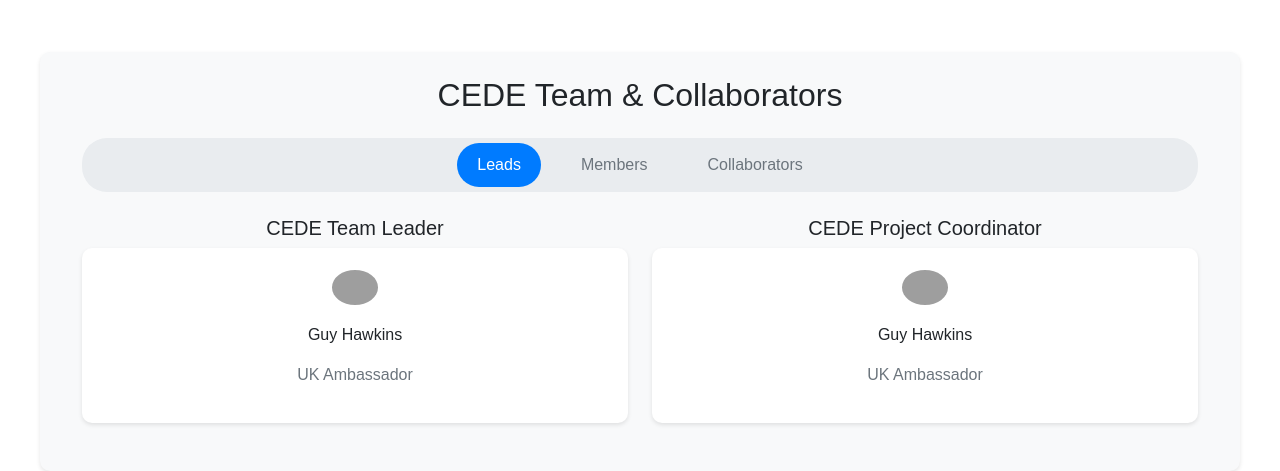
Repository: devashrisamani/CEDE-Website
Page: website/index.html
These files come from the project's save history. The page is drawn as it stood at one moment and after the next save; the edit follows.
The browser window is 1280 px wide. The pictures show the part of the page from y = 2597 to 3068 px (the page is 3068 px tall).
Pictures or frames that could not be fetched are drawn as grey boxes. A picture or video elsewhere on the page could not be fetched, so the positions and the page height are approximate.

Above is the page before, as saved 2024-06-19 16:51:39.
Console error: TypeError: Cannot read properties of null (reading 'addEventListener')

### website/index.html
<!DOCTYPE html>
<html lang="en">
  <head>
    <meta charset="UTF-8" />
    <meta name="viewport" content="width=device-width, initial-scale=1.0" />
    <title>Welcome to CEDE</title>
    <link
      href="https://cdn.jsdelivr.net/npm/bootstrap@5.1.3/dist/css/bootstrap.min.css"
      rel="stylesheet"
    />
    <link rel="stylesheet" href="styles.css" />
  </head>
  <body>
    <nav class="navbar navbar-expand-lg navbar-light bg-white">
      <div class="container-fluid">
        <a class="navbar-brand" href="#">CEDE</a>
        <button
          class="navbar-toggler"
          type="button"
          data-bs-toggle="collapse"
          data-bs-target="#navbarNavAltMarkup"
          aria-controls="navbarNavAltMarkup"
          aria-expanded="false"
          aria-label="Toggle navigation"
        >
          <span class="navbar-toggler-icon"></span>
        </button>
        <div
          class="collapse navbar-collapse justify-content-end"
          id="navbarNavAltMarkup"
        >
          <div class="navbar-nav">
            <a class="nav-link active" href="#">Home</a>
            <a class="nav-link" href="#">Matrix Selection</a>
            <a class="nav-link" href="#">FAQs</a>
            <a class="nav-link" href="#">Glossary</a>
          </div>
        </div>
      </div>
    </nav>

    <div class="welcome-section text-center mt-5 px-5">
      <header class="mb-5">
        <h5 class="text-uppercase">
          Consensus for Experimental Design in Electromyography
        </h5>
        <h1>Welcome to CEDE</h1>
        <p>
          The Consensus for Experimental Design in Electromyography (CEDE)
          project is an international initiative, which aims to guide
          decision-making in recording, analysis, and interpretation of EMG
          across all applications including surface and invasive/intra-muscular
          methods and extends to guidance for specific applications.
        </p>
      </header>
      <img
        src="your-image-placeholder.jpg"
        class="img-fluid"
        alt="Placeholder Image"
      />
    </div>

    <div class="why-cede-exists-container mt-5 p-4">
      <div class="container">
        <h3 class="text-center mb-4">Why CEDE Exists</h3>
        <div class="row align-items-center">
          <div class="col-md-6">
            <p>
              The major output of the project is the development of a series of
              matrices to provide guidance for planning and interpretation of
              EMG methods using a Delphi consensus process. Each matrix provides
              recommendations with detailed justification so the user
              (researcher performing the research, reviewer, user of the
              research data, etc.) is fully informed. An interactive tool per
              matrix helps the user arrive at the most appropriate method for
              their experimental context.
            </p>
          </div>
          <div class="col-md-6 text-center">
            <img src="matrix.jpg" class="img-fluid" alt="Matrix" />
          </div>
        </div>
        <div class="text-center mt-4">
          <a href="#" class="btn btn-primary">Access the Editorial Paper</a>
        </div>
      </div>
    </div>

    <div class="matrix-section-container mt-5 p-4">
      <div class="container">
        <h3 class="text-center mb-4">
          Select a Published Matrix to Learn More
        </h3>
        <div class="row text-center">
          <!-- Amplitude Normalization -->
          <div class="col-md-4 mb-4">
            <div class="card">
              <img
                src="amplitude.jpg"
                class="card-img-top"
                alt="Amplitude Normalization"
              />
              <div class="card-body">
                <h5 class="card-title">Amplitude Normalization</h5>
                <p class="card-text">
                  Includes a description of general considerations for
                  normalization, design features that should be reported,
                  definitions of each method, the pros and cons of each method,
                  and 10 experiment...
                </p>
              </div>
            </div>
          </div>

          <!-- Electrode Selection -->
          <div class="col-md-4 mb-4">
            <div class="card">
              <img
                src="electrode.jpg"
                class="card-img-top"
                alt="Electrode Selection"
              />
              <div class="card-body">
                <h5 class="card-title">Electrode Selection</h5>
                <p class="card-text">
                  Includes a description of general design features and
                  considerations for each type of electrode; pros and cons of
                  each method; and four clusters of recommendations based on
                  common...
                </p>
              </div>
            </div>
          </div>

          <!-- Terminology -->
          <div class="col-md-4 mb-4">
            <div class="card">
              <img
                src="terminology.jpg"
                class="card-img-top"
                alt="Terminology"
              />
              <div class="card-body">
                <h5 class="card-title">Terminology</h5>
                <p class="card-text">
                  Includes the definitions for physiological and technical terms
                  that are common in EMG research, with key information on each
                  definition provided in a comment section, and an extensive
                  Appendix...
                </p>
              </div>
            </div>
          </div>

          <!-- HDsEMG -->
          <div class="col-md-6 mb-4">
            <div class="card">
              <img src="hdsemg.jpg" class="card-img-top" alt="HDsEMG" />
              <div class="card-body">
                <h5 class="card-title">High-density surface electromyograph</h5>
                <p class="card-text">
                  Presents consensus statements regarding the use of HDsEMG. The
                  matrix is organized according to three main applications of
                  the technique (regional activation, muscle fiber properties,
                  and single motor unit activity), for each we included general
                  considerations and definitions, recommendations on electrode
                  montage, typ...
                </p>
              </div>
            </div>
          </div>

          <!-- SMU -->
          <div class="col-md-6 mb-4">
            <div class="card">
              <img src="smu.jpg" class="card-img-top" alt="SMU" />
              <div class="card-body">
                <h5 class="card-title">Single Motor Unit</h5>
                <p class="card-text">
                  Presents consensus statements regarding the recording and
                  analysis of SMU activity with both invasive and non-invasive
                  methods. The matrix is organized in 4 tables – the first table
                  provides considerations for electrode type, summarizing their
                  advantages and disadvantages when used during different
                  test...
                </p>
              </div>
            </div>
          </div>
        </div>
      </div>
    </div>

    <div class="team-section-container mt-5 p-4">
      <div class="container">
        <h3 class="text-center mb-4">CEDE Team & Collaborators</h3>
        <div class="toggle-buttons text-center mb-4">
          <button class="btn btn-toggle active" onclick="showSection('leads')">
            Leads
          </button>
          <button class="btn btn-toggle" onclick="showSection('members')">
            Members
          </button>
          <button class="btn btn-toggle" onclick="showSection('collaborators')">
            Collaborators
          </button>
        </div>
        <div id="leads" class="team-section">
          <div class="row text-center">
            <div class="col-md-6 mb-4">
              <h5 class="font-weight-bold">CEDE Team Leader</h5>
              <div class="card">
                <div class="card-body">
                  <img
                    src="team_leader.jpg"
                    class="rounded-circle mb-3"
                    alt="Team Leader"
                    width="50"
                  />
                  <p class="font-weight-bold">Guy Hawkins</p>
                  <p class="text-muted">UK Ambassador</p>
                </div>
              </div>
            </div>
            <div class="col-md-6 mb-4">
              <h5 class="font-weight-bold">CEDE Project Coordinator</h5>
              <div class="card">
                <div class="card-body">
                  <img
                    src="project_coordinator.jpg"
                    class="rounded-circle mb-3"
                    alt="Project Coordinator"
                    width="50"
                  />
                  <p class="font-weight-bold">Guy Hawkins</p>
                  <p class="text-muted">UK Ambassador</p>
                </div>
              </div>
            </div>
          </div>
        </div>
        <div id="members" class="team-section d-none">
          <div class="row text-center">
            <div class="col-md-6 mb-4">
              <h5 class="font-weight-bold">CEDE Member</h5>
              <div class="card">
                <div class="card-body">
                  <img
                    src="member.jpg"
                    class="rounded-circle mb-3"
                    alt="Member"
                    width="50"
                  />
                  <p class="font-weight-bold">Alice Johnson</p>
                  <p class="text-muted">Research Specialist</p>
                </div>
              </div>
            </div>
            <div class="col-md-6 mb-4">
              <h5 class="font-weight-bold">CEDE Member</h5>
              <div class="card">
                <div class="card-body">
                  <img
                    src="member.jpg"
                    class="rounded-circle mb-3"
                    alt="Member"
                    width="50"
                  />
                  <p class="font-weight-bold">Bob Smith</p>
                  <p class="text-muted">Lab Technician</p>
                </div>
              </div>
            </div>
          </div>
        </div>
        <div id="collaborators" class="team-section d-none">
          <div class="row text-center">
            <div class="col-md-6 mb-4">
              <h5 class="font-weight-bold">CEDE Collaborator</h5>
              <div class="card">
                <div class="card-body">
                  <img
                    src="collaborator.jpg"
                    class="rounded-circle mb-3"
                    alt="Collaborator"
                    width="50"
                  />
                  <p class="font-weight-bold">Jane Doe</p>
                  <p class="text-muted">Industry Expert</p>
                </div>
              </div>
            </div>
            <div class="col-md-6 mb-4">
              <h5 class="font-weight-bold">CEDE Collaborator</h5>
              <div class="card">
                <div class="card-body">
                  <img
                    src="collaborator.jpg"
                    class="rounded-circle mb-3"
                    alt="Collaborator"
                    width="50"
                  />
                  <p class="font-weight-bold">John Lee</p>
                  <p class="text-muted">Field Specialist</p>
                </div>
              </div>
            </div>
          </div>
        </div>
      </div>
    </div>

    <script src="script.js"></script>
    <script src="https://cdn.jsdelivr.net/npm/bootstrap@5.1.3/dist/js/bootstrap.bundle.min.js"></script>
  </body>
</html>

### website/styles.css
body {
  font-family: Arial, sans-serif;
  margin: 0;
  padding: 0;
  background-color: #ffffff;
}

header {
  padding: 20px;
  text-align: center;
}

.navbar {
  border-bottom: 1px solid #cfcfcf;
  background-color: #ffffff;
}

header h1 {
  margin: 0;
  color: #333;
}

header p {
  color: #666;
}

.welcome-section {
  text-align: center;
  margin: 0 auto;
  max-width: 1100px;
  padding: 10px 20px;
}

.welcome-section h5 {
  margin: 0;
  font-weight: 700;
  color: #333;
  letter-spacing: 1px;
}

.welcome-section h1 {
  font-size: 2.5rem;
  margin-top: 20px;
  margin-bottom: 20px;
}

.welcome-section p {
  font-size: 1rem;
  line-height: 1.5;
  margin-bottom: 10px;
}

.welcome-section img {
  width: 100%;
  height: 400px;
  margin-top: 10px;
  border-radius: 20px;
}

.why-cede-exists-container {
  background-color: #f8f9fa; /* Light grey background */
  border-radius: 10px;
  padding: 40px; /* Add padding inside the container */
  box-shadow: 0 2px 4px rgba(0, 0, 0, 0.1); /* Optional: adds subtle shadow */
  margin: 0 auto; /* Center the container */
  max-width: 1000px; /* Set a max-width */
}

.why-cede-exists-container p {
  margin-bottom: 1rem;
  font-size: 1rem;
  line-height: 1.5;
}

.why-cede-exists-container .btn {
  font-size: 1rem;
  padding: 0.5rem 1rem;
  border-radius: 25px;
  border: 2px solid #007bff;
  background-color: white;
  color: #007bff;
  text-transform: uppercase;
}

.why-cede-exists-container .btn:hover {
  background-color: #007bff;
  color: white;
}
.team-section-container {
  background-color: #f8f9fa; /* Light grey background */
  border-radius: 10px;
  padding: 40px; /* Add padding inside the container */
  box-shadow: 0 2px 4px rgba(0, 0, 0, 0.1); /* Optional: adds subtle shadow */
  margin: 0 auto; /* Center the container */
  max-width: 1200px; /* Set a max-width */
}

.team-section-container h3 {
  font-size: 2rem;
}

.toggle-buttons {
  display: flex;
  justify-content: center;
  background-color: #e9ecef; /* Light grey background for the toggle container */
  border-radius: 25px;
  padding: 5px;
  max-width: px; /* Adjust this value to control the length */
  margin: 0 auto; /* Center the toggle buttons container */
}

.btn-toggle {
  background-color: transparent;
  border: none;
  padding: 10px 20px;
  margin: 0 10px;
  border-radius: 25px;
  cursor: pointer;
  font-size: 1rem;
  outline: none;
  color: #6c757d; /* Grey color for inactive buttons */
}

.btn-toggle.active {
  background-color: #007bff; /* Blue background for active button */
  color: #ffffff;
}

.card {
  border: none;
  background-color: transparent;
}

.card-body {
  background-color: #ffffff;
  border-radius: 10px;
  padding: 20px;
  box-shadow: 0 2px 4px rgba(0, 0, 0, 0.1);
}

.rounded-circle {
  border: 2px solid #ffffff;
}

### website/script.js
function selectOption(option) {
  console.log("Option selected:", option);
  // Add logic to handle the selected option, such as updating the page content
}

// page 2

function selectOption(option) {
  console.log("Option selected:", option);
  // Here, you can redirect to another page or load new content based on the option
}

function goBack() {
  window.history.back(); // This will take you to the previous page in the history stack
}

// Decision tree functions
const questions = [
  "Does your experiment involve comparisons between muscles or within muscles?",
  "Does your experiment involve comparisons between sessions or within a session?",
  "Does your experiment involve within-group comparisons or between-groups comparisons?",
  "Can your participants perform MVC?",
];

const responses = [
  ["Between muscles", "Within muscle"],
  ["Between sessions", "Within a session"],
  ["Within-group comparison", "Between-groups comparison"],
  ["Yes", "No"],
];

const decisionTree = {
  "Within muscle": {
    "Within a session": {
      "Within-group comparison": {
        Yes: "Experimental context 1: Amplitude comparison within a person and muscle, between conditions/tasks (within a session). *Without removing electrodes (1.1 - 1.6)",
      },
    },
  },
};

function getRecommendation(responses) {
  let node = decisionTree;
  for (let response of responses) {
    if (node[response]) {
      node = node[response];
    } else {
      return "No recommendation found for the given responses.";
    }
  }
  return node;
}

document.getElementById("get-recommendation").addEventListener("click", () => {
  const userResponses = [
    document.getElementById("q1-select").value,
    document.getElementById("q2-select").value,
    document.getElementById("q3-select").value,
    document.getElementById("q4-select").value,
  ];
  const recommendation = getRecommendation(userResponses);
  document.getElementById("recommendation").innerText = recommendation;
});

// CEDE Collaborations section

function showSection(sectionId) {
  const sections = document.querySelectorAll(".team-section");
  const buttons = document.querySelectorAll(".btn-toggle");
  sections.forEach((section) => {
    section.classList.add("d-none");
  });
  buttons.forEach((button) => {
    button.classList.remove("active");
  });
  document.getElementById(sectionId).classList.remove("d-none");
  document
    .querySelector(`button[onclick="showSection('${sectionId}')"]`)
    .classList.add("active");
}

After the next save:
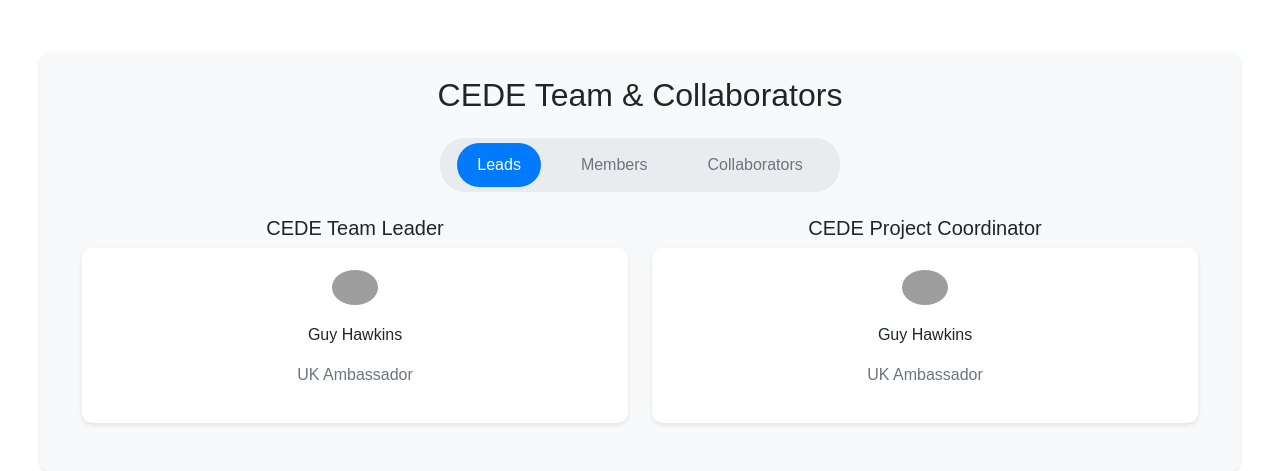
Saved 25 s later.
--- a/website/styles.css
+++ b/website/styles.css
@@ -105,7 +105,7 @@ header p {
   background-color: #e9ecef; /* Light grey background for the toggle container */
   border-radius: 25px;
   padding: 5px;
-  max-width: px; /* Adjust this value to control the length */
+  max-width: 400px; /* Adjust this value to control the length */
   margin: 0 auto; /* Center the toggle buttons container */
 }
 
